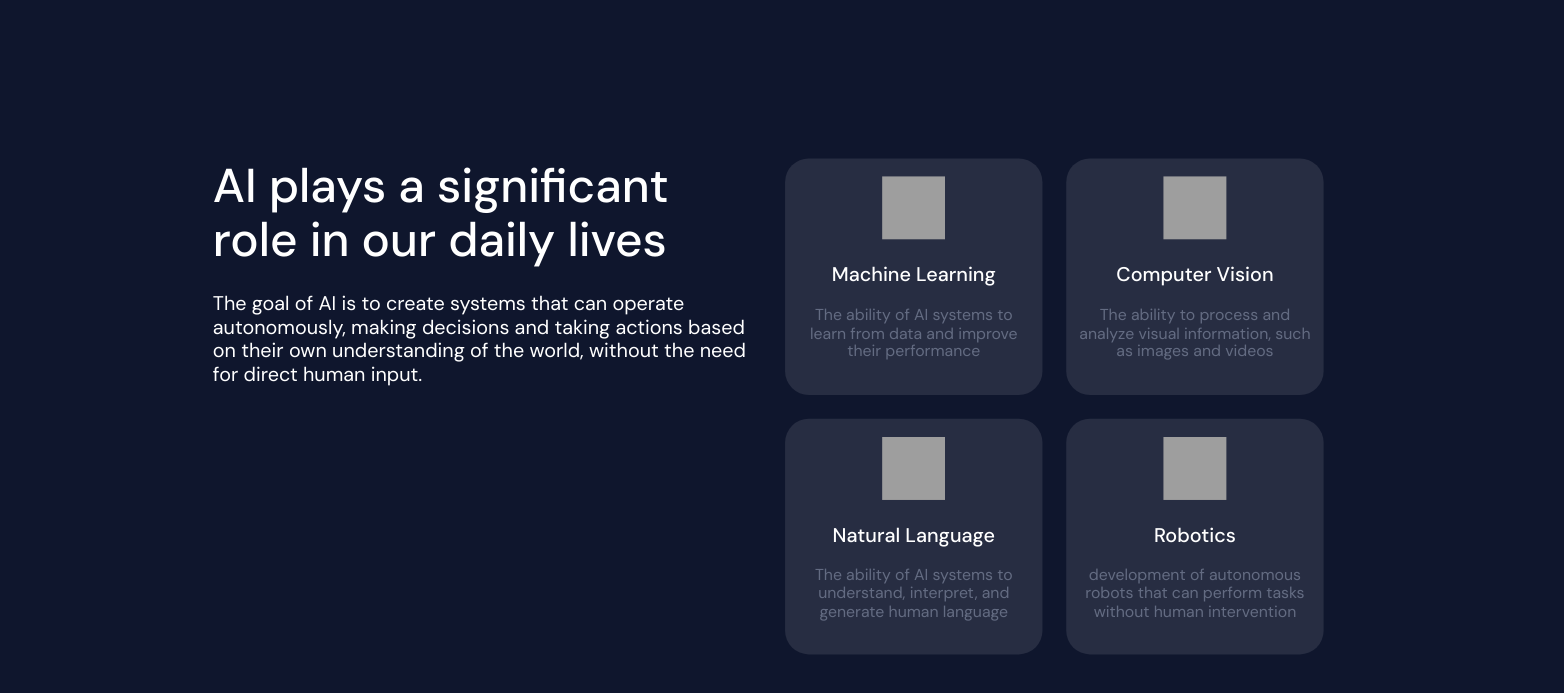
Repository: guli95/four-areas-of-AI-INVO-ACAdemy
Page: /
An editor plug-in stored every save of this project. The page is shown before and after the next save, followed by the edit.
The browser window is 1280 px wide. The page is 1580 px wide, so the pictures cover 1580 px, including what lies to the right of the window. The pictures show the whole page, at 99% of full size.
Pictures or frames that could not be fetched are drawn as grey boxes. The project was rebuilt for these pictures with package versions that can differ from the ones it lists, and the page was loaded fresh each time.

Above is the page before, as saved 2023-03-13 14:51:28.

After the next save:
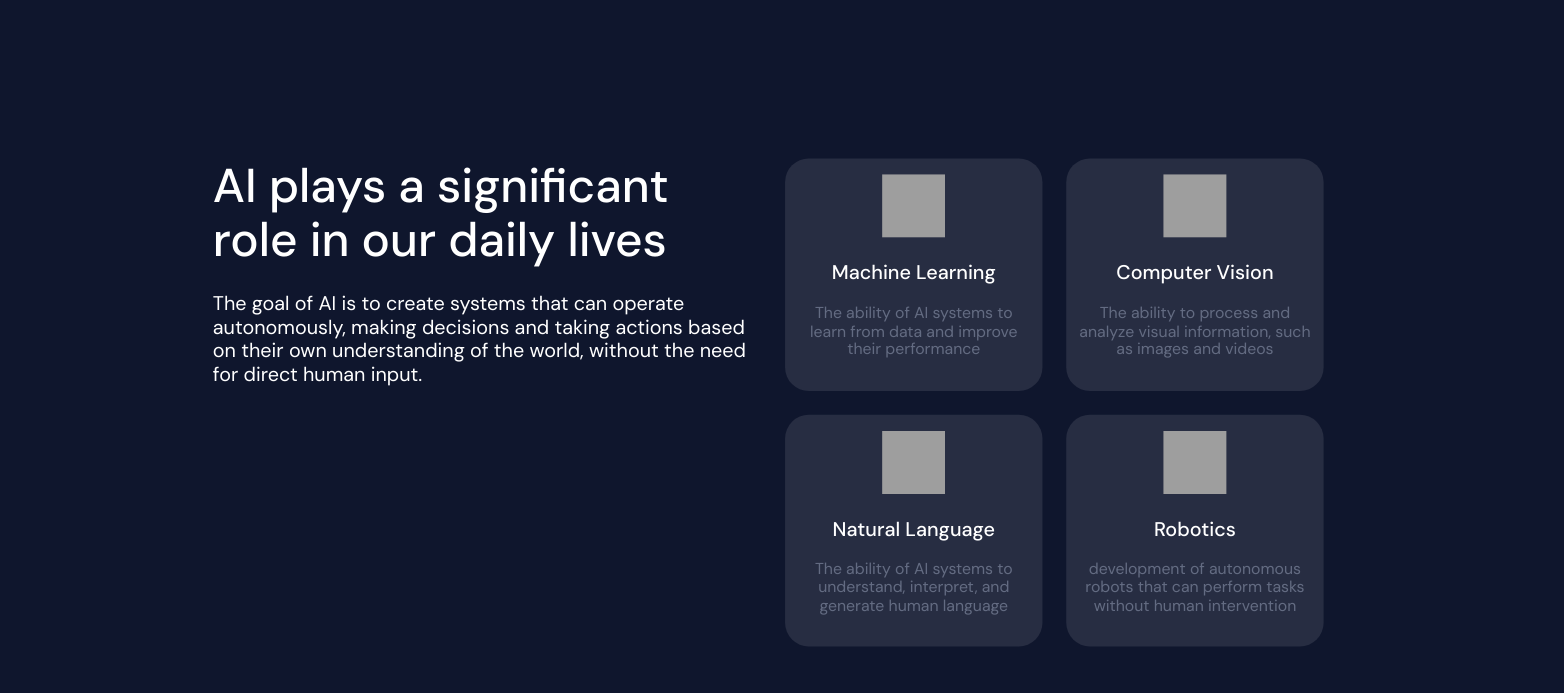
Saved 9 s later.
--- a/src/pages/home-page/styles/home-page.scss
+++ b/src/pages/home-page/styles/home-page.scss
@@ -69,7 +69,7 @@
             justify-content: space-around;
             align-items: center;
             width: 40%;
-            padding: 18px 10px;
+            padding: 16px 10px;
             background-color:var(--color-secondary-grey);
             text-align: center;
             border-radius: var(--rounding-big);

After the save that followed:
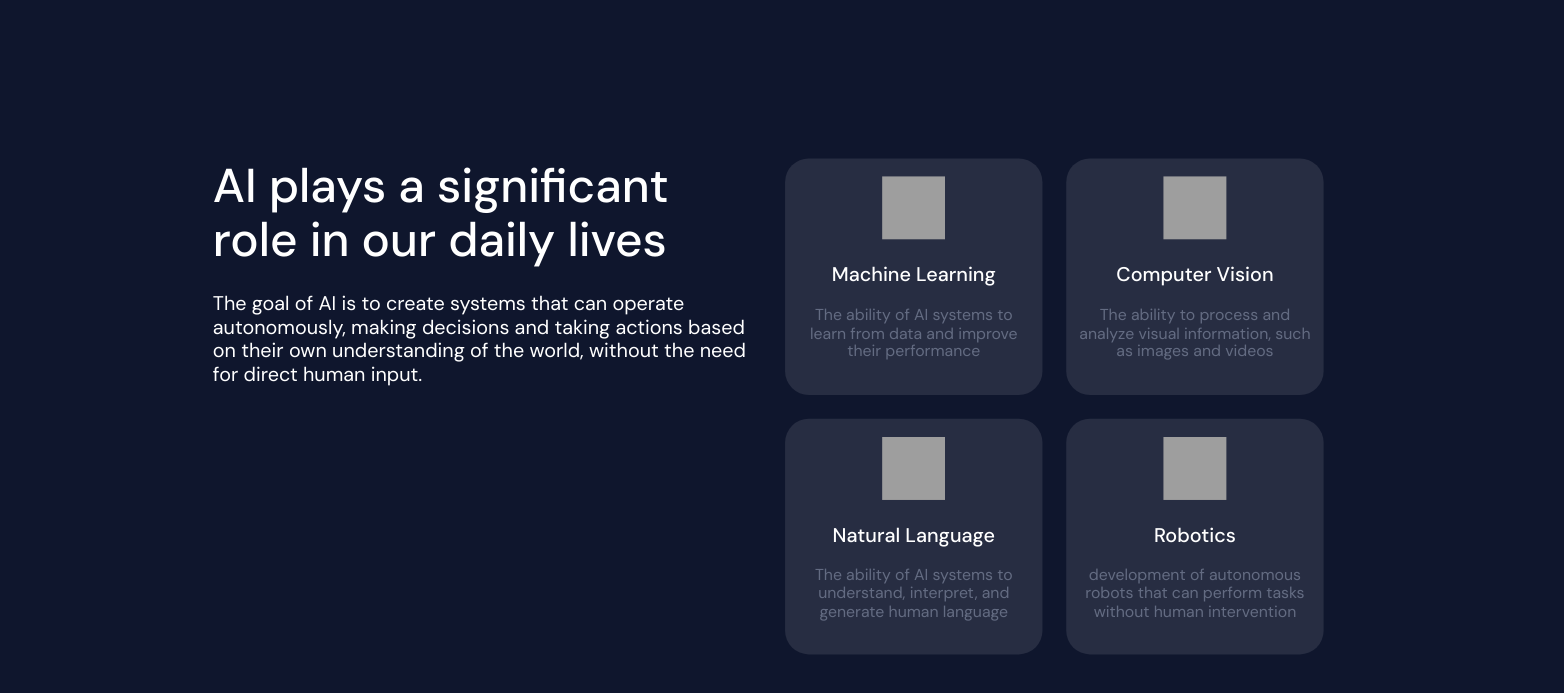
Saved 6 s later.
--- a/src/pages/home-page/styles/home-page.scss
+++ b/src/pages/home-page/styles/home-page.scss
@@ -69,7 +69,7 @@
             justify-content: space-around;
             align-items: center;
             width: 40%;
-            padding: 16px 10px;
+            padding: 18px 10px;
             background-color:var(--color-secondary-grey);
             text-align: center;
             border-radius: var(--rounding-big);
